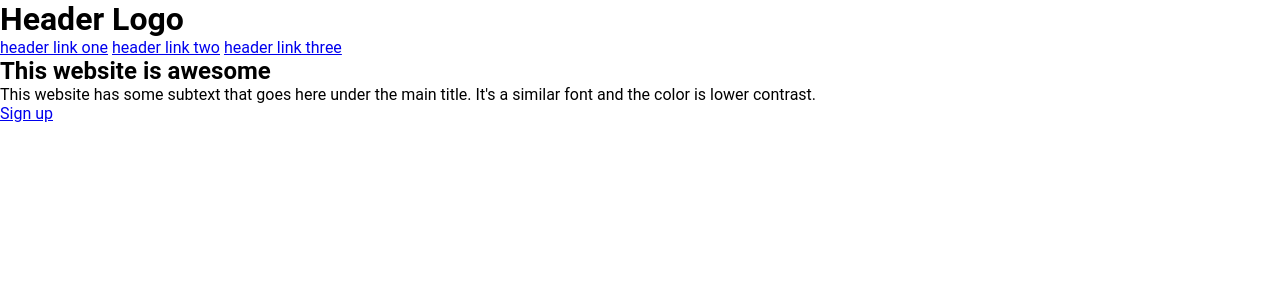
Repository: Pafestivo/Dummy-Landing-Page
Page: index.html
The author's editor kept a copy of each file at every save. The page is drawn from the files as they stood at one save, then again after the next save.
The browser window is 1280 px wide. The pictures show the whole page.

Above is the page before, as saved 2022-09-26 17:30:57.

After the next save:
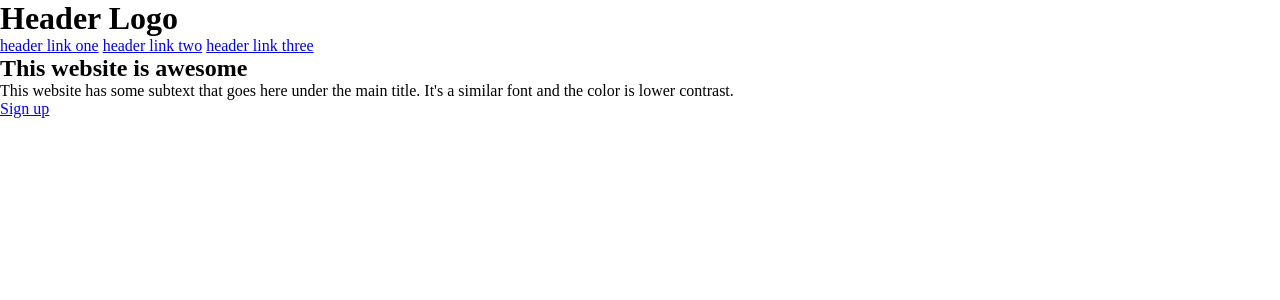
Saved 5 s later.
--- a/styles.css
+++ b/styles.css
@@ -5,5 +5,5 @@
 }
 
 body {
-  font-family: roboto;
+  font-family:
 }
